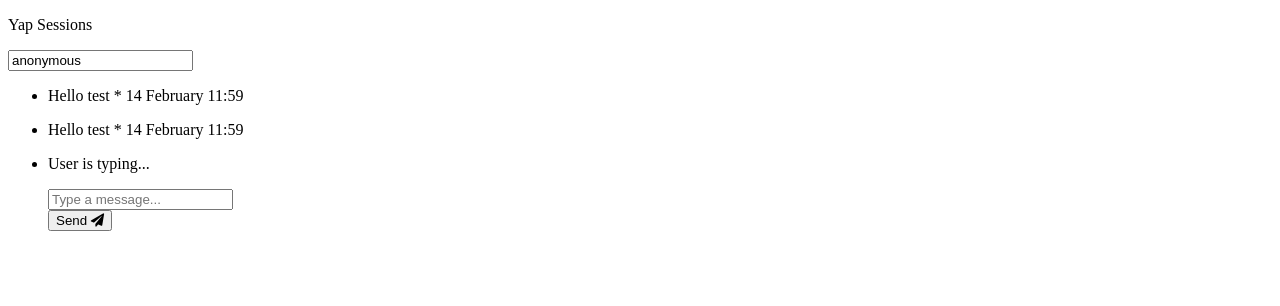
Repository: Renzo-Salosagcol/Web-Socket-Communication
Page: public/index.html
These files come from the project's save history. The page is drawn as it stood at one moment and after the next save; the edit follows.
The browser window is 1280 px wide. The pictures show the whole page.

Above is the page before, as saved 2025-02-12 13:07:12.

### public/index.html
<!DOCTYPE html>
<html lang="en">
<head>
  <meta charset="UTF-8">
  <meta name="viewport" content="width=device-width, initial-scale=1.0">

  <link rel="stylesheet" href="https://cdnjs.cloudflare.com/ajax/libs/font-awesome/5.15.3/css/all.min.css">

  <title>Web Socket Chat App</title>
</head>
<body>
  <p>Yap Sessions</p>
  <div class="main">
    <div class="name">
      <span></span>
      <input type="text" id="name-input" class="name-input" value="anonymous" maxlength="20">
    </div>
    <ul class="message-container" id="message-container">
      <li class="message-left">
        <p class="message">
          Hello
          <span>test * 14 February 11:59</span>
        </p>
      </li>
      <li class="message-right">
        <p class="message">
          Hello
          <span>test * 14 February 11:59</span>
        </p>
      </li>

      <li class="message-feedback">
        <p class="feedback" id="feedback">
          User is typing...
        </p>
      </li>

      <form class="message-form" id="message-form">
        <input type="text" name="message" id="message-input" class="message-input" placeholder="Type a message..." required>
        <div class="v-divider"></div>
        <button type="submit" class="send-button">
          Send <span><i class="fas fa-paper-plane"></i></span>
        </button>
      </form>
    </ul>
  </div>
</body>
</html>

After the next save:
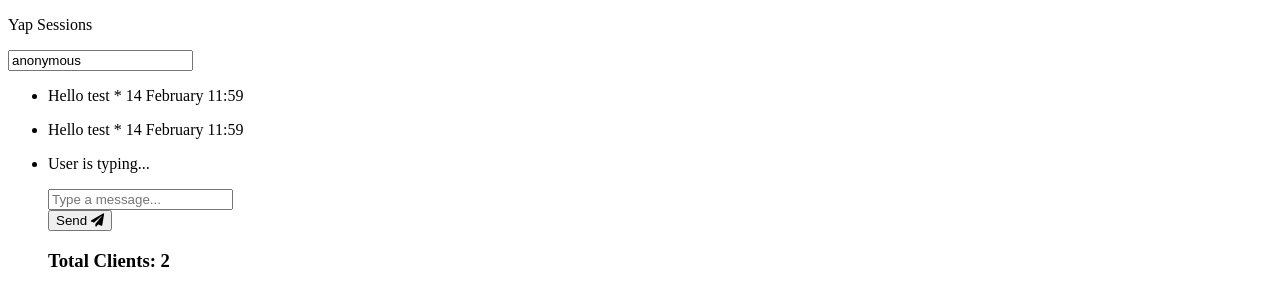
Saved 64 s later.
--- a/public/index.html
+++ b/public/index.html
@@ -42,6 +42,8 @@
           Send <span><i class="fas fa-paper-plane"></i></span>
         </button>
       </form>
+
+      <h3 class="clients-total" id="clients-total">Total Clients: 2</h3>
     </ul>
   </div>
 </body>
